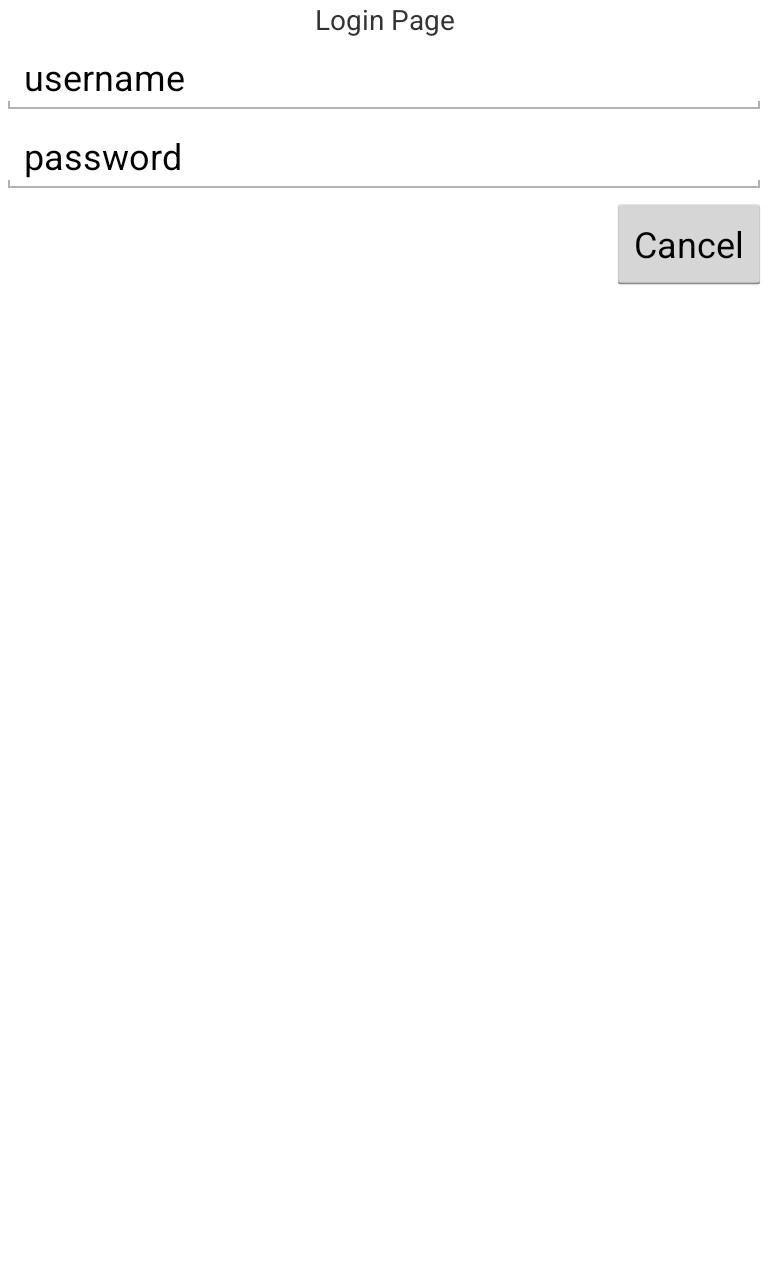
Repository: founderzhl/MarsAndroid
Layout: S01_E15_RelativeLayout02/res/layout/activity_main.xml
The author's editor kept a copy of each file at every save. The layout is drawn from the files as they stood at one save, then again after the next save.
It is drawn on a 768 x 1280 px phone screen (xhdpi) without system bars, with theme AppTheme; the app's code is not run.

Above is the layout before, as saved 2015-01-22 16:21:12.

### S01_E15_RelativeLayout02/res/layout/activity_main.xml
<RelativeLayout xmlns:android="http://schemas.android.com/apk/res/android"
    xmlns:tools="http://schemas.android.com/tools"
    android:layout_width="match_parent"
    android:layout_height="match_parent" >

    <TextView
        android:id="@+id/labelView"
        android:layout_width="match_parent"
        android:layout_height="wrap_content"
        android:gravity="center"
        android:text="Login Page" />

        <EditText
        android:id="@+id/usernameText"
        android:layout_width="wrap_content"
        android:layout_height="wrap_content"
        android:text="username"
        android:layout_below="@id/labelView"
        android:layout_alignParentLeft="true"
        android:layout_alignParentRight="true" />

        <EditText
        android:id="@+id/passwordText"
        android:layout_width="wrap_content"
        android:layout_height="wrap_content"
        android:text="password"
        android:layout_below="@id/usernameText"
        android:layout_alignLeft="@id/usernameText"
        android:layout_alignRight="@id/usernameText" />

        <Button
            android:id="@+id/cancelButton"
            android:layout_width="wrap_content"
            android:layout_height="wrap_content"
            android:layout_alignParentRight="true"
            android:layout_below="@+id/passwordText"
            android:text="Cancel" />

</RelativeLayout>

Loaded but not shown: S01_E15_RelativeLayout02/res/values/styles.xml (common file); S01_E15_RelativeLayout02/res/values-v11/styles.xml (common file); S01_E15_RelativeLayout02/res/values-v14/styles.xml (common file)

After the next save:
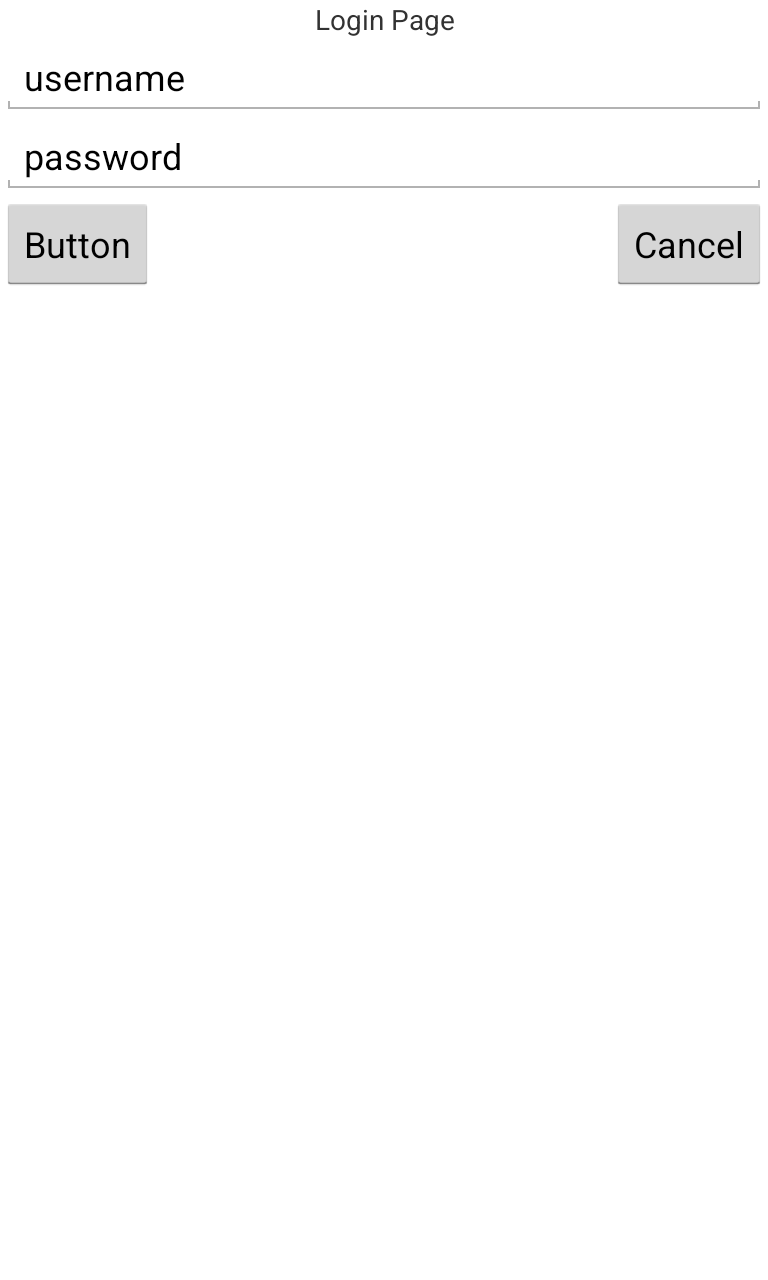
Saved 26 s later.
--- a/S01_E15_RelativeLayout02/res/layout/activity_main.xml
+++ b/S01_E15_RelativeLayout02/res/layout/activity_main.xml
@@ -36,4 +36,13 @@
             android:layout_below="@+id/passwordText"
             android:text="Cancel" />
 
+        <Button
+            android:id="@+id/loginButton"
+            android:layout_width="wrap_content"
+            android:layout_height="wrap_content"
+            android:layout_alignBaseline="@+id/cancelButton"
+            android:layout_alignBottom="@+id/cancelButton"
+            android:layout_alignParentLeft="true"
+            android:text="Button" />
+
 </RelativeLayout>
